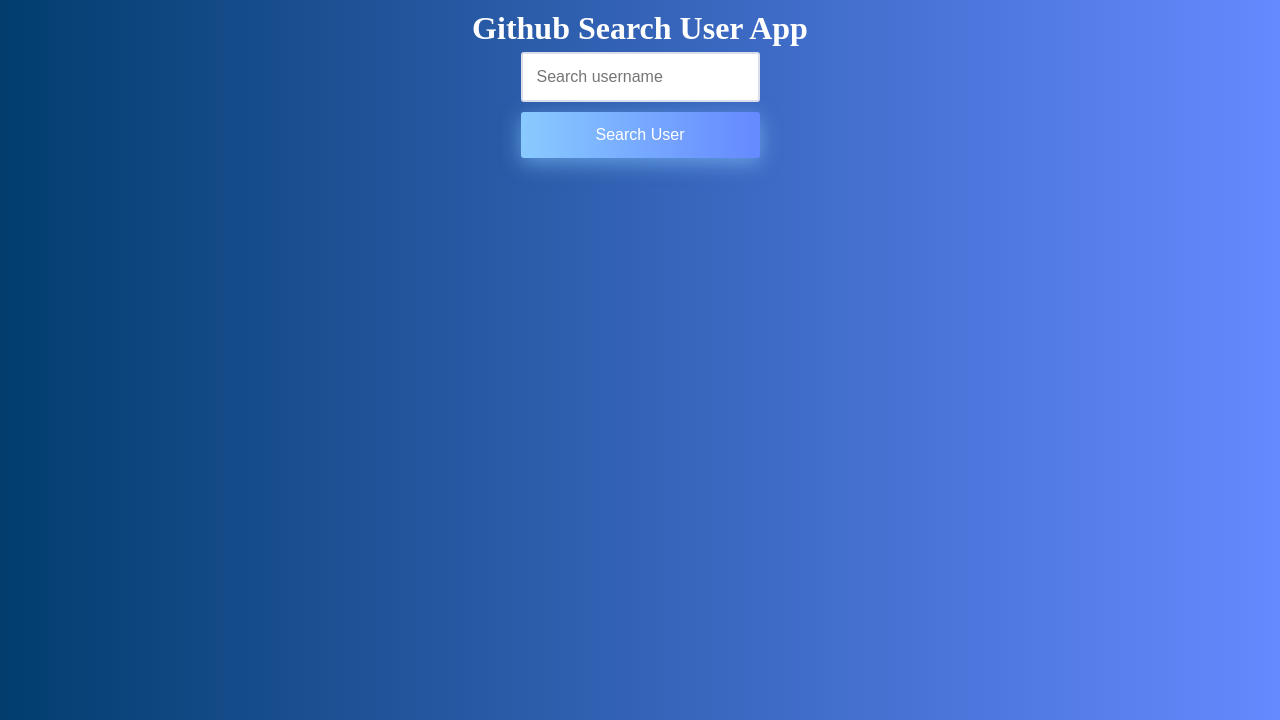
Repository: solox-cyber/Github-search-user
Page: index.html
The author's editor kept a copy of each file at every save. The page is drawn from the files as they stood at one save, then again after a run of saves.
The browser window is 1280 px wide. The pictures show the whole page.

Above is the page before, as saved 2023-03-25 18:59:08.

### index.html
<!DOCTYPE html>
<html lang="en">

<head>
    <meta charset="UTF-8">
    <meta http-equiv="X-UA-Compatible" content="IE=edge">
    <meta name="viewport" content="width=device-width, initial-scale=1.0">
    <title>Github Search User Using Github API</title>
    <link rel="stylesheet" href="style.css">
</head>

<body>
    <div class="container">
        <h1>
            Github Search User App
        </h1>
        <form id="myForm" autocomplete="off">
            <div class="form-group">
                <input type="text" name="" class="form-control" placeholder="Search username" id="search" required>
            </div>
            <div class="form-group">
                <button class="btn btn-danger btn-block">
                    Search User
                </button>
            </div>
        </form>

    <div id="result"></div>
    </div>


        <script src="script.js"></script>
</body>

</html>

### style.css
*{
    margin: 0;
    padding: 0;
    box-sizing: border-box;
}

body{
    background-image: linear-gradient(to right, #023d6e, #6589FF);
    color: #fff;
}

.container{
    position: relative;
    display:flex;
    flex-direction: column;
    justify-content:center;
    align-items:center;
    padding: 10px 10px;
}

input,
    button {
      width: 100%;
      border: none;
      padding: 14px;
      border-radius: 3px;
      justify-content: center;
    }

    input {
        border: 2px solid #DADDEC;
        margin: 5px 0 10px;
        font-size: 1rem;
        color: #656880;
      }

      button {
        background-image: linear-gradient(to right, #89CAFF, #6589FF);
        display: block;
        color: #fff;
        font-size: 1rem;
        cursor: pointer;
        box-shadow: 0 5px 20px #89caff94;
        transition: box-shadow .3s ease-in-out;
      }

      button:hover {
        box-shadow: none;
      }

### script.js
var form = document.getElementById("myForm");

form.addEventListener('submit', function(e){
e.preventDefault();

var search = document.getElementById("search").value;

var originalName = search.split(' ').join(' ');

document.getElementById("result").innerHTML = "";
fetch("https://api.github.com/users/"+originalName)
.then(result=>result.json())
.then(data => {
    console.log(data);
    document.getElementById('result').innerHTML =`
   <a target="_blank" href="https://www.github.com/${originalName}"> <img src="${data.avatar_url}"/></a>
    `
})



})

After the next 2 saves:
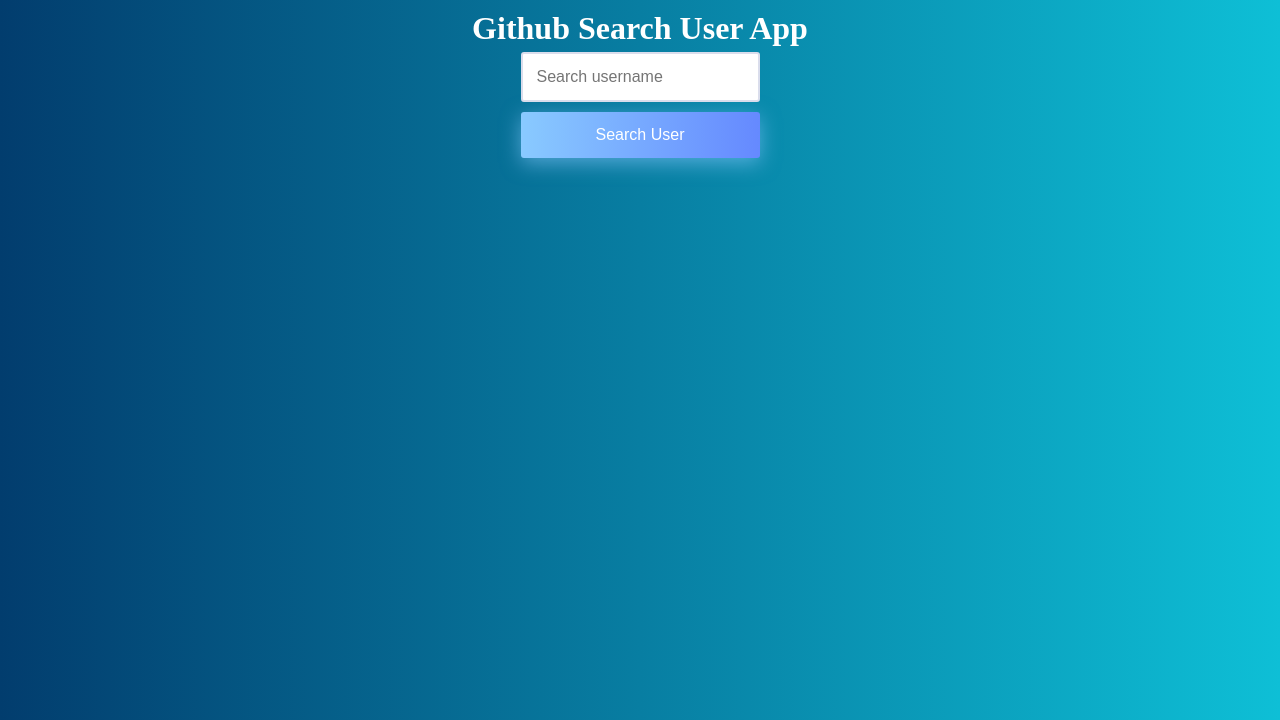
The 2 saves are shown as one change because they came seconds apart.
The last was saved 8 s later.
--- a/style.css
+++ b/style.css
@@ -5,7 +5,7 @@
 }
 
 body{
-    background-image: linear-gradient(to right, #023d6e, #6589FF);
+    background-image: linear-gradient(to right, #023d6e, #0ebfd6);
     color: #fff;
 }
 
